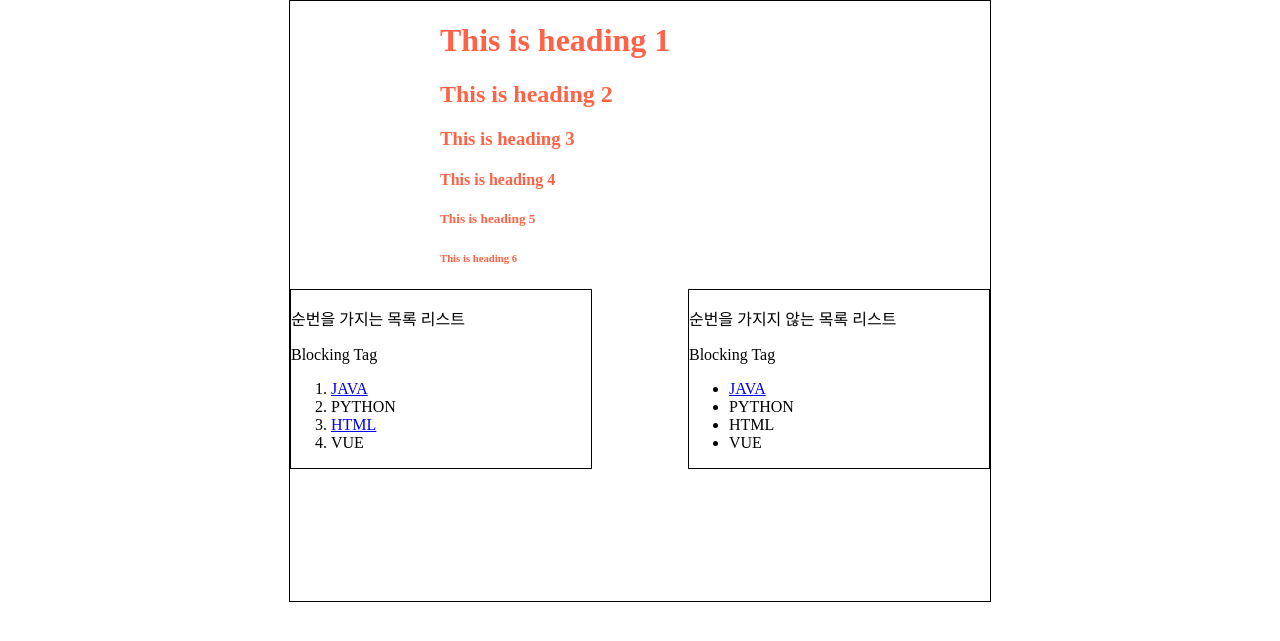
Repository: daeun0220/KB_EDU_JAVA
Page: work03_FrontUI/front01_HTML5/src/main/webapp/html01_basictag.html
An editor plug-in stored every save of this project. The page is shown before and after the next save, followed by the edit.
The browser window is 1280 px wide. The pictures show the whole page.

Above is the page before, as saved 2023-08-07 04:54:54.

### work03_FrontUI/front01_HTML5/src/main/webapp/html01_basictag.html
<!DOCTYPE html>
<html>
<head>
	<meta charset="UTF-8">
	<title>Insert title here</title>
	<style>
	/* 전체 화면의 가로 사이즈를 지정..body 태그를 선택자로 지정*/
	body{
		width : 700px;
		height : 600px;
		border : 1px solid black;
		margin : 0 auto;

	}
	#order{
		float : left;
		width : 300px;
	}
	#unorder{
		float : right;
		width : 300px;
	}
	/* id 값이 header인 태그를 선택지로 지정, 글자색을 orange로 지정 */
	#header {
		color:tomato;
		margin-left : 150px;
	}
	#order, #unorder {
		backgroupnd-color : gray;
		border : 1px solid black;
	}
	</style>
</head>
<body>
	<div id="header">
		<h1>This is heading 1</h1>
		<h2>This is heading 2</h2>
		<h3>This is heading 3</h3>
		<h4>This is heading 4</h4>
		<h5>This is heading 5</h5>
		<h6>This is heading 6</h6>

	</div>

	<div id="order">
		<p>순번을 가지는 목록 리스트</p>
		<p>Blocking Tag</p>
		<ol>
			<li><a href='http://java.sun.com'>JAVA</a></li>
			<li>PYTHON</li>
			<li><a href='http://www.w3schools.com'>HTML</a></li>
			<li>VUE</li>

		</ol>
	</div>

	<div id="unorder">
		<p>순번을 가지지 않는 목록 리스트</p>
		<p>Blocking Tag</p>
		<ul>
			<li><a href='http://java.sun.com'>JAVA</a></li>
			<li>PYTHON</li>
			<li>HTML</li>
			<li>VUE</li>
		</ul>


	</div>

</body>
</html>

After the next save:
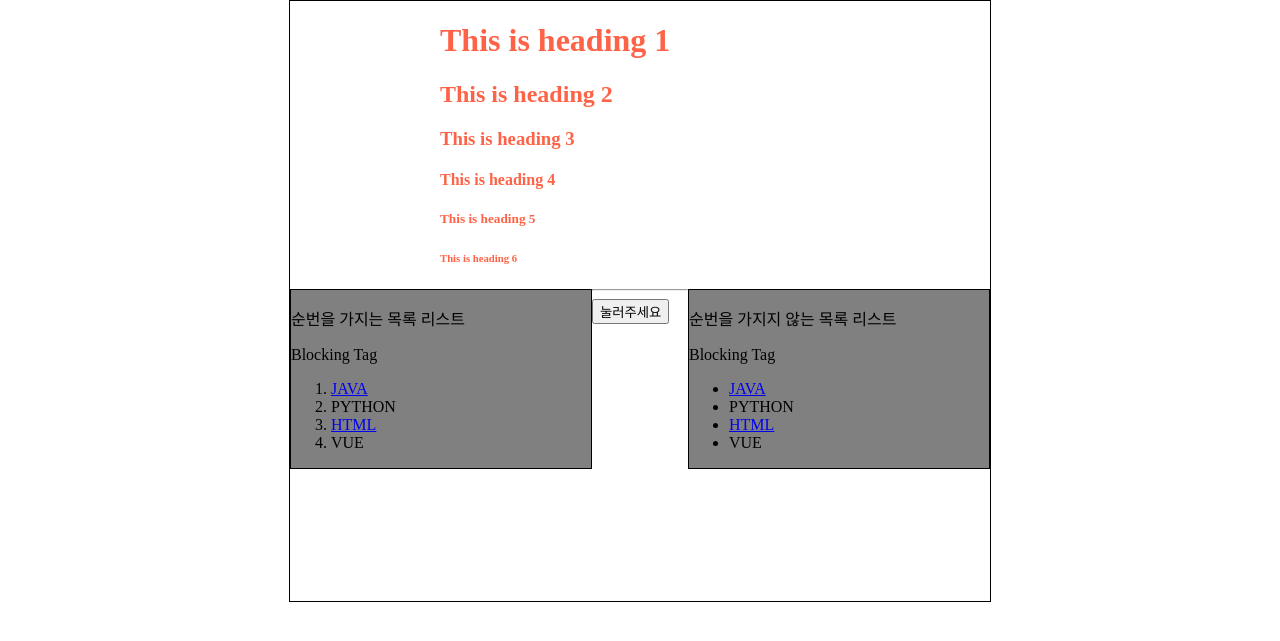
Saved 22 min 51 s later.
--- a/work03_FrontUI/front01_HTML5/src/main/webapp/html01_basictag.html
+++ b/work03_FrontUI/front01_HTML5/src/main/webapp/html01_basictag.html
@@ -26,9 +26,10 @@
 		margin-left : 150px;
 	}
 	#order, #unorder {
-		backgroupnd-color : gray;
+		background-color: gray;
 		border : 1px solid black;
 	}
+
 	</style>
 </head>
 <body>
@@ -60,12 +61,12 @@
 		<ul>
 			<li><a href='http://java.sun.com'>JAVA</a></li>
 			<li>PYTHON</li>
-			<li>HTML</li>
+			<li><a href='http://www.w3schools.com'>HTML</a></li>
 			<li>VUE</li>
 		</ul>
-
-
 	</div>
-
+	<hr>
+	<!-- 버튼 클릭하면 팝업창 하나 뜨도록 작성 -->
+	<button>눌러주세요</button>
 </body>
 </html>
